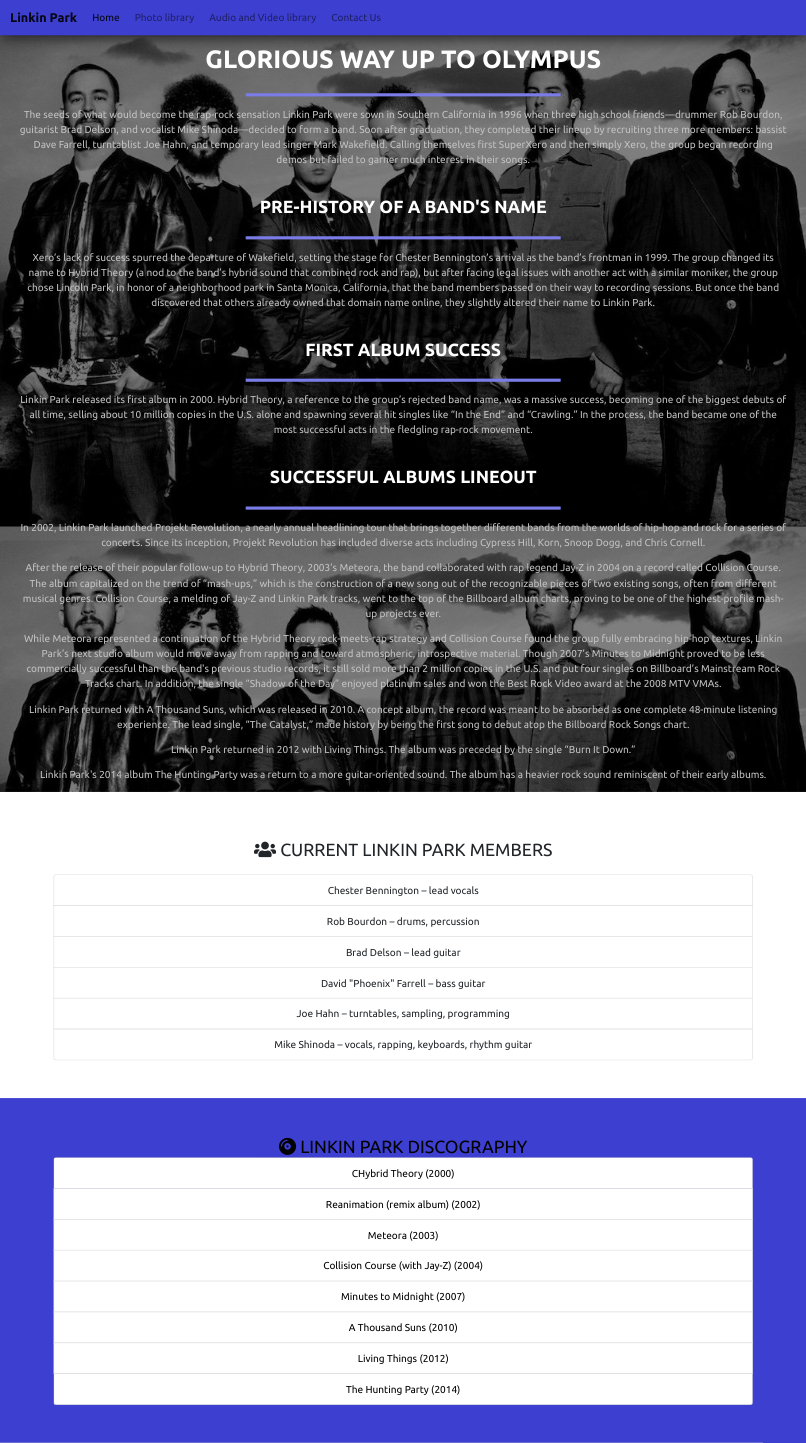
Repository: vaida898/website
Page: index.html
The author's editor kept a record of every edit. The page is drawn from the files as they stood at one moment, then again after the next edit.
The browser window is 1280 px wide. The pictures show the whole page, at 63% of full size.
Backgrounds fixed to the window are drawn as part of the page. Some web libraries are served in a nearby version.

Above is the page before.
Console error: TypeError: Cannot read properties of undefined (reading 'fn')

After the next edit:
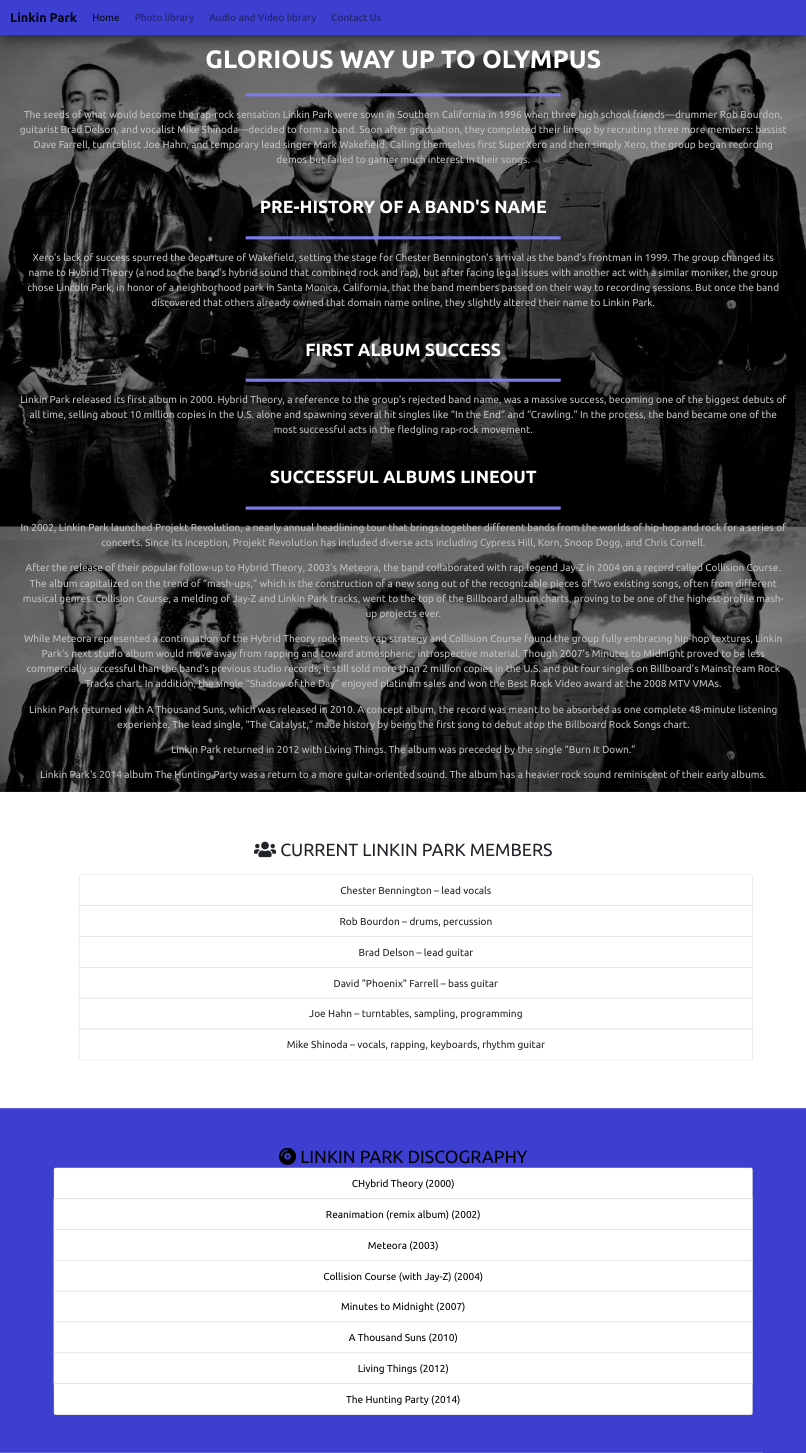
The edit:
--- a/index.html
+++ b/index.html
@@ -121,7 +121,7 @@
                 </div>
                 <div class="row">
                     <div class="col-12 col-md-12">
-                        <ul class="list-group">
+                        <ul class="members-list">
                             <li class="list-group-item">Chester Bennington – lead vocals</li>
                             <li class="list-group-item">Rob Bourdon – drums, percussion</li>
                             <li class="list-group-item">Brad Delson – lead guitar</li>
